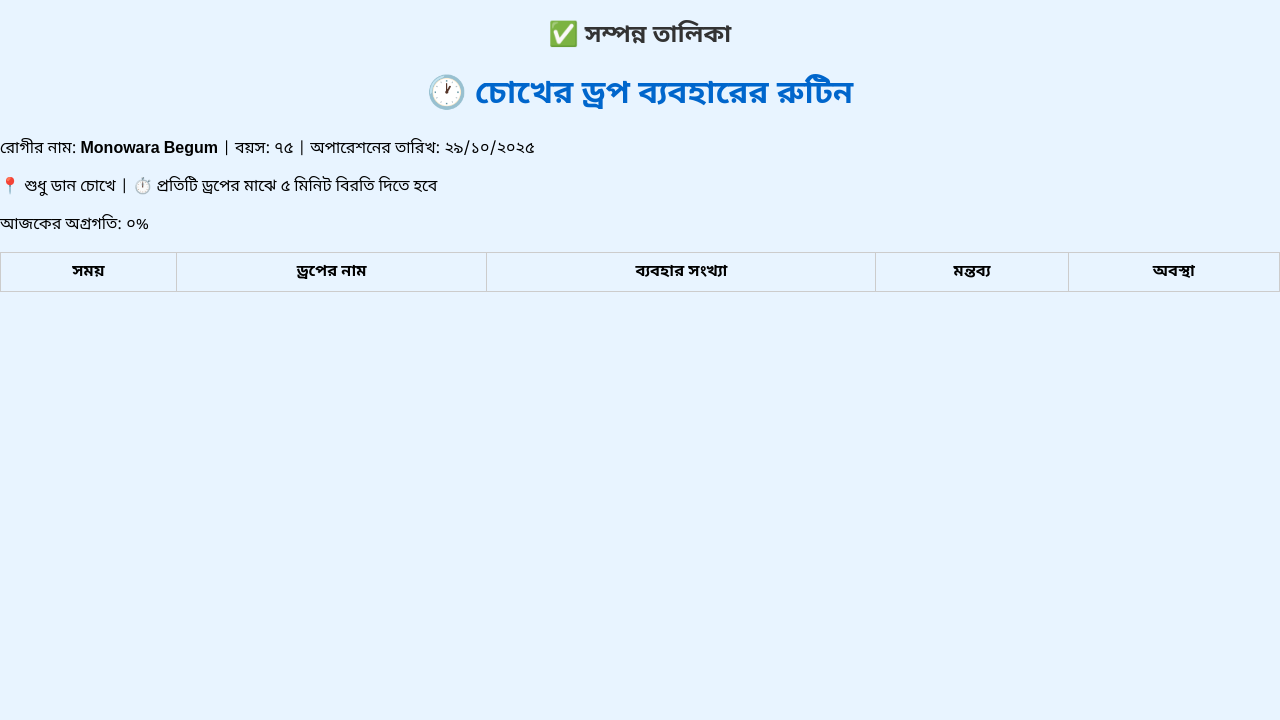
Repository: naimuddin1190/EyeDrop-Tracker
Page: index.html
These files come from the project's save history. The page is drawn as it stood at one moment and after the next save; the edit follows.
The browser window is 1280 px wide. The pictures show the whole page.

Above is the page before, as saved 2025-10-31 09:56:32.
Console error: TypeError: Cannot read properties of null (reading 'addEventListener')

After the next save:
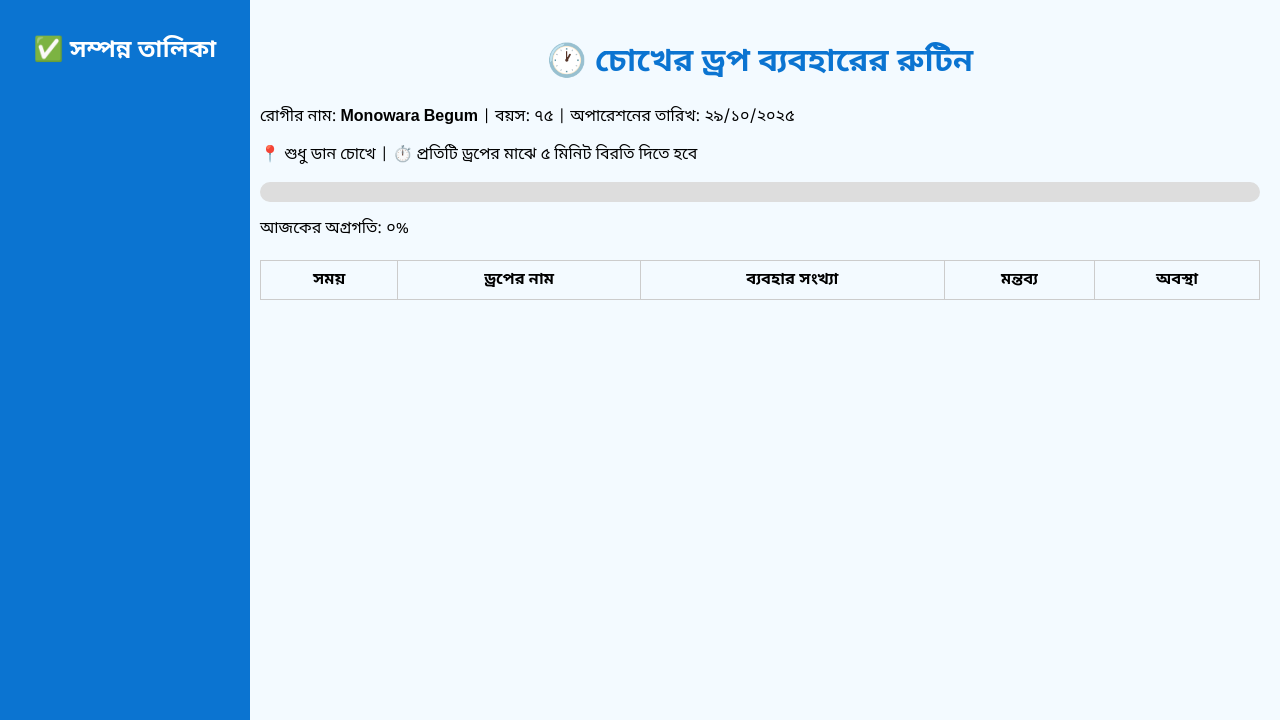
Saved 27 s later.
--- a/styles.css
+++ b/styles.css
@@ -1,55 +1,89 @@
 body {
   font-family: "Noto Sans Bengali", sans-serif;
-  background: #e8f4ff;
+  background: #f3faff;
   margin: 0;
+  display: flex;
+}
+
+/* Sidebar */
+.sidebar {
+  width: 220px;
+  background: #0b74d1;
+  color: white;
+  padding: 15px;
+  height: 100vh;
+  position: fixed;
+  overflow-y: auto;
+}
+
+.sidebar h2 {
+  text-align: center;
+}
+
+.sidebar ul {
+  list-style: none;
   padding: 0;
 }
 
-.container {
-  max-width: 400px;
-  margin: 20px auto;
-  background: white;
-  padding: 20px;
-  border-radius: 10px;
-  box-shadow: 0 4px 8px rgba(0,0,0,0.2);
+.sidebar li {
+  background: #ffffff33;
+  margin: 6px 0;
+  padding: 8px;
+  border-radius: 5px;
 }
 
-h1 {
-  text-align: center;
-  color: #0066cc;
+/* Main Section */
+.main {
+  margin-left: 240px;
+  padding: 20px;
+  flex: 1;
 }
 
-h2 {
+header h1 {
   text-align: center;
-  color: #333;
+  color: #0b74d1;
+}
+
+.progress-container {
+  width: 100%;
+  background: #ddd;
+  height: 20px;
+  border-radius: 10px;
+  overflow: hidden;
+}
+
+.progress-bar {
+  height: 20px;
+  background: #0b74d1;
+  width: 0%;
+  transition: width 0.4s;
 }
 
 table {
   width: 100%;
   border-collapse: collapse;
+  margin-top: 20px;
 }
 
 th, td {
   border: 1px solid #ccc;
+  text-align: center;
   padding: 8px;
-  text-align: center;
 }
 
 tr:nth-child(even) {
-  background-color: #f9f9f9;
+  background: #f9f9f9;
 }
 
 button {
-  width: 100%;
-  margin-top: 15px;
-  padding: 10px;
-  background: #007bff;
+  background: #0b74d1;
   color: white;
   border: none;
+  padding: 6px 10px;
   border-radius: 5px;
-  font-size: 16px;
+  cursor: pointer;
 }
 
-button:hover {
-  background: #0056b3;
+button.done {
+  background: #28a745;
 }
